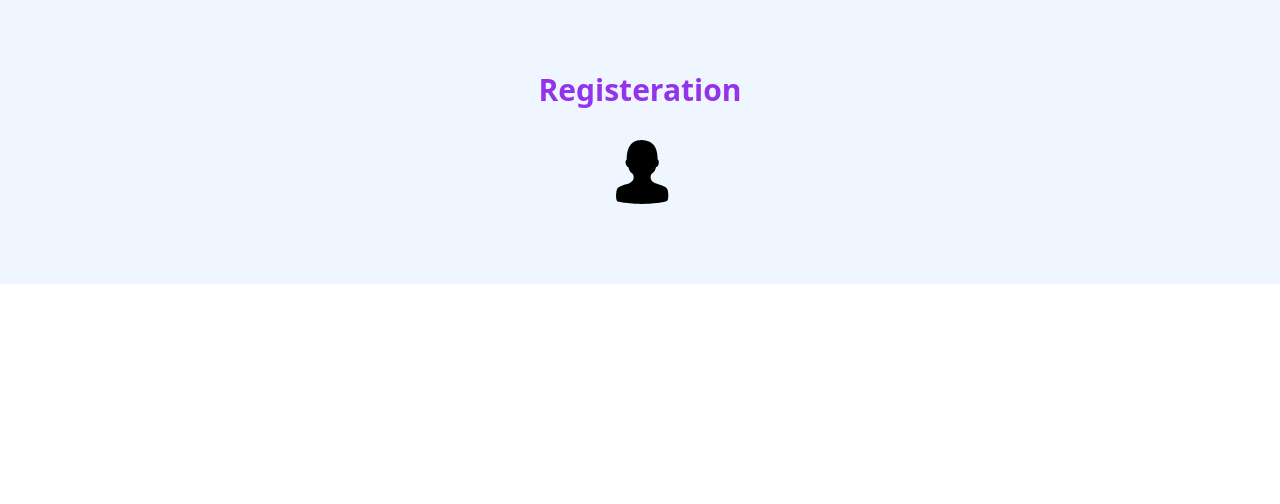
Repository: LiuRuohui/test_the_tailwindcss
Page: /
An editor plug-in stored every save of this project. The page is shown before and after the next save, followed by the edit.
The browser window is 1280 px wide. The pictures show the whole page.
The project was rebuilt for these pictures with package versions that can differ from the ones it lists, and the page was loaded fresh each time. Also part of the build but not shown: vite.config.js.

Above is the page before, as saved 2022-03-03 10:13:56.

### src/App.vue
<script setup>
//import WelcomingPage from "./components/WelcomingPage.vue"
import RegisterPage from "./components/RegisterPage.vue"
</script>

<template>
<!--<WelcomingPage class="bg-blue-50"></WelcomingPage> -->
<RegisterPage class="bg-blue-50"></RegisterPage>
</template>

<style>

</style>

### src/index.css
@tailwind base;
@tailwind components;
.btn {
    @apply inline-block px-5 py-3 rounded-lg shadow-lg bg-indigo-500
}

.btn:hover {
    @apply bg-indigo-400
}

.btn:focus {
    @apply outline-none
}

.btn:active {
    @apply bg-indigo-600
}

@tailwind utilities;
@layer components {
    .card {
        background-color: theme('colors.blue.500');
        border-radius: theme('borderRadius.lg');
        padding: theme('spacing.6');
        box-shadow: theme('boxShadow.xl');
    }
    /* ... */
}

### src/components/RegisterPage.vue
<template>
<div class="flex items-center justify-center py-12 px-4 sm:px-6 lg:px-8c h-full">
    <div class="sm:max-w-xl sm:object-center sm:object-cover w-full space-y-8">
        <div>
            <h2 class="mt-6 text-center text-3xl font-extrabold text-purple-600">Registeration</h2>
        </div>
        <div>
            <img class="h-16 w-1/2 mx-auto" src="../assets/用户.svg" alt="这里有一张图片">
        </div>
        <form class="mt-8 space-y-6" action="" method="POST">

        </form>
    </div>
</div>
</template>

<script>

</script>

### tailwind.config.js
module.exports = {
    content: [
        "./index.html",
        "./src/**/*.{vue,js,ts,jsx,tsx}",
    ],
    theme: {
        extend: {},
    },
    variants: {
        backgroundColor: ['responsive', 'hover', 'focus', 'active']
    },
    plugins: [],
}

Loaded but not shown: index.html (common file); src/main.js (common file)

After the next save:
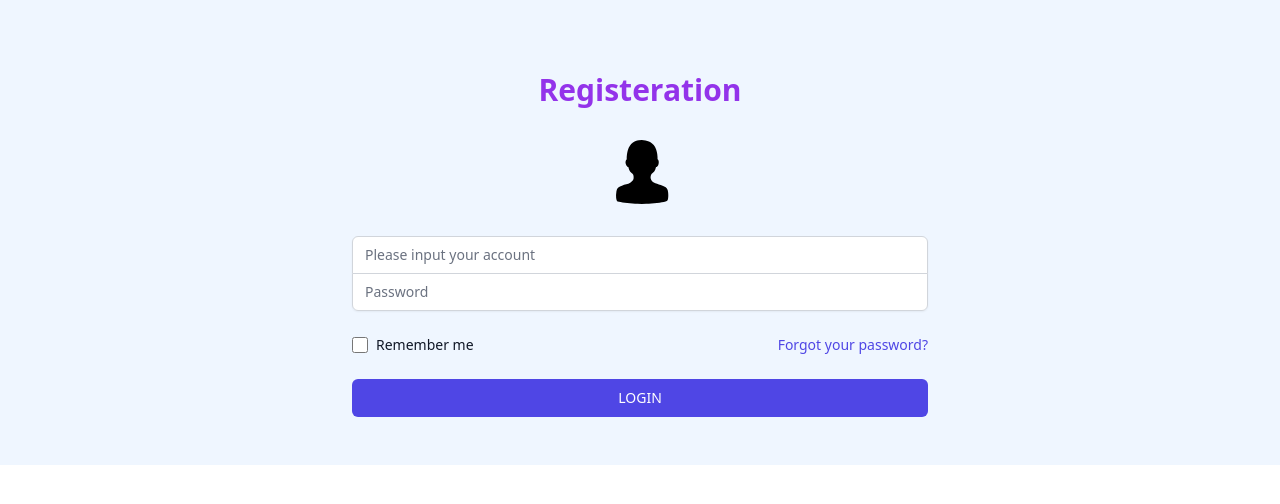
Saved 43 s later.
--- a/src/components/RegisterPage.vue
+++ b/src/components/RegisterPage.vue
@@ -7,9 +7,38 @@
         <div>
             <img class="h-16 w-1/2 mx-auto" src="../assets/用户.svg" alt="这里有一张图片">
         </div>
-        <form class="mt-8 space-y-6" action="" method="POST">
+        <form class="mt-8 space-y-6" action="#" method="POST">
+      <input type="hidden" name="remember" value="true">
+      <div class="rounded-md shadow-sm -space-y-px">
+        <div>
+          <label for="email-address" class="sr-only ">Account</label>
+          <input id="email-address" name="email" type="email" autocomplete="email" required class="appearance-none rounded-none relative block w-full px-3 py-2 border border-gray-300 placeholder-gray-500 text-gray-900 rounded-t-md focus:outline-none focus:ring-indigo-500 focus:border-indigo-500 focus:z-10 sm:text-sm" placeholder="Please input your account">
+        </div>
+        <div>
+          <label for="password" class="sr-only">Password</label>
+          <input id="password" name="password" type="password" autocomplete="current-password" required class="appearance-none rounded-none relative block w-full px-3 py-2 border border-gray-300 placeholder-gray-500 text-gray-900 rounded-b-md focus:outline-none focus:ring-indigo-500 focus:border-indigo-500 focus:z-10 sm:text-sm" placeholder="Password">
+        </div>
+      </div>
 
-        </form>
+      <div class="flex items-center justify-between">
+        <div class="flex items-center">
+          <input id="remember-me" name="remember-me" type="checkbox" class="h-4 w-4 text-indigo-600 focus:ring-indigo-500 border-gray-300 rounded">
+          <label for="remember-me" class="ml-2 block text-sm text-gray-900"> Remember me </label>
+        </div>
+
+        <div class="text-sm">
+          <a href="#" class="font-medium text-indigo-600 hover:text-indigo-500"> Forgot your password? </a>
+        </div>
+      </div>
+
+      <div>
+        <button type="submit" class="group relative w-full flex justify-center py-2 px-4 border border-transparent text-sm font-medium rounded-md text-white bg-indigo-600 hover:bg-indigo-700 focus:outline-none focus:ring-2 focus:ring-offset-2 focus:ring-indigo-500">
+          <span class="absolute left-0 inset-y-0 flex items-center pl-3">
+          </span>
+          LOGIN
+        </button>
+      </div>
+    </form>
     </div>
 </div>
 </template>
